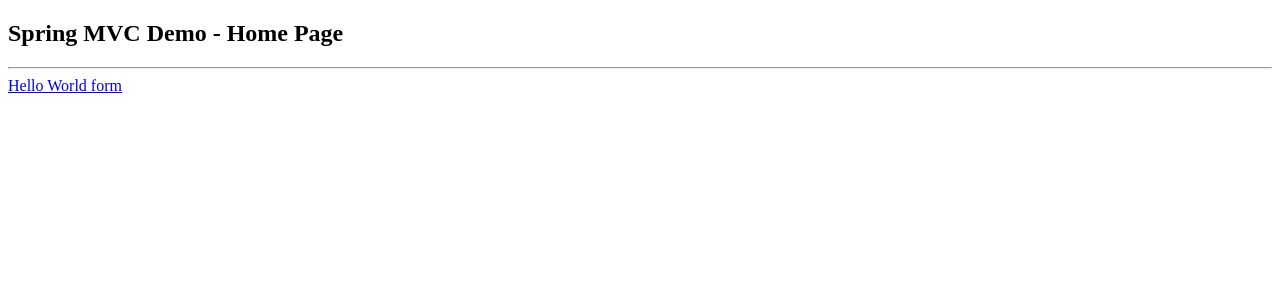
Repository: karishmakapur/SpringFramework
Page: http://localhost/spring-mvc-demo/
The author's editor kept a copy of each file at every save. The page is drawn from the files as they stood at one save, then again after the next save.
The browser window is 1280 px wide. The pictures show the whole page.
The page is served by Tomcat 9. Other server files are loaded and not shown.

Above is the page before, as saved 2019-08-19 16:44:24.

### spring-mvc-demo/WebContent/WEB-INF/view/main-menu.jsp
<!DOCTYPE html> <!-- Defines the document type -->

<html> <!--  Defines an html document -->

	<body> <!-- Body section of page -->

		<h2> Spring MVC Demo - Home Page</h2> <!-- Subheading -->

		<hr> <!-- Defines a horizontal rule. Defines a thematic break in an HTML page -->

		<a href="hello/showForm">Hello World form</a> <!-- Defines a hyperlink -->

	</body>

</html>

After the next save:
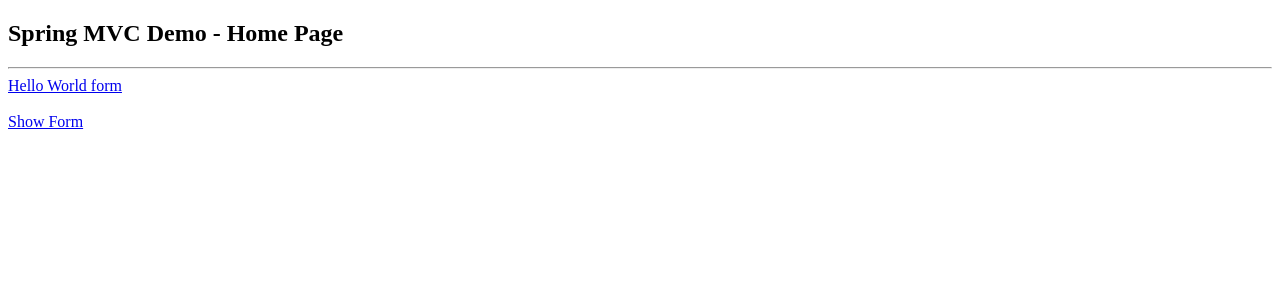
Saved 48 s later.
--- a/spring-mvc-demo/WebContent/WEB-INF/view/main-menu.jsp
+++ b/spring-mvc-demo/WebContent/WEB-INF/view/main-menu.jsp
@@ -10,6 +10,10 @@
 
 		<a href="hello/showForm">Hello World form</a> <!-- Defines a hyperlink -->
 
+		<br> <br>
+
+		<a href="student/showForm">Show Form</a>
+
 	</body>
 
 </html>
